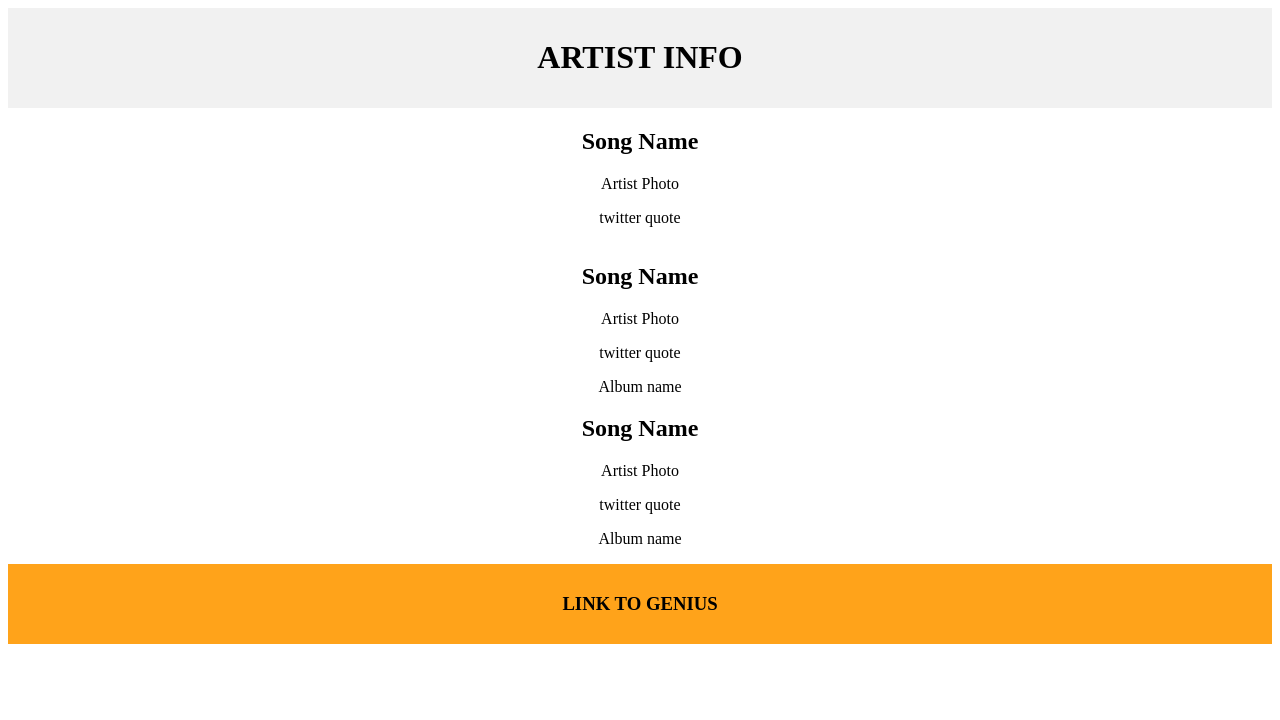
Repository: quinaroonie/project1-qukim1
Page: templates/index.html
The author's editor kept a record of every edit. The page is drawn from the files as they stood at one moment, then again after the next edit.
The browser window is 1280 px wide. The pictures show the whole page.
The template is drawn by Flask 3. The application's start-up code is not run. Other server files are loaded and not shown. The template is opened directly, without the code that normally fills it, so the values that code supplies are empty.

Above is the page before.

### templates/index.html
<!DOCTYPE html>
<html>
<head>
  <link rel="stylesheet" type="text/css" href="../static/style.css">
<style>

</style>
</head>
<body>

<div class="header">
  <h1>ARTIST INFO</h1>
</div>

<div class="row">
  <div class="column">
    <h2>Song Name</h2>
    <p>Artist Photo</p>
    <p>twitter quote</p>
    <p> <img src = "{{album_src}}"> </p>
  </div>


<div class="column">
    <h2>Song Name</h2>
    <p>Artist Photo</p>
    <p>twitter quote</p>
    <p>Album name</p>
   </div>

<div class="column">
    <h2>Song Name</h2>
    <p>Artist Photo</p>
    <p>twitter quote</p>
    <p>Album name</p>
   </div>

<div class="footer">
  <h3>LINK TO GENIUS</h3>
</div>

</body>
</html>

### static/style.css
.header {
  background-color: #f1f1f1;
  padding: 10px;
  text-align: center;
}


body {
  background-color: white;
  text-align: center
}

div {
   text-align: center;
}

h2 {
    text-align: center;
}

p {
  text-align: center;
}

img {
  border-radius: 8px;
  display: block;
  margin-left: auto;
  margin-right: auto }



@media screen and (max-width: 600px) {
  .column {
    width: 100%;
  }
}


.footer {
  padding: 10px;
  text-align: center;
  background: #ffa31a;
  margin-top: 10px;
}

After the next edit:
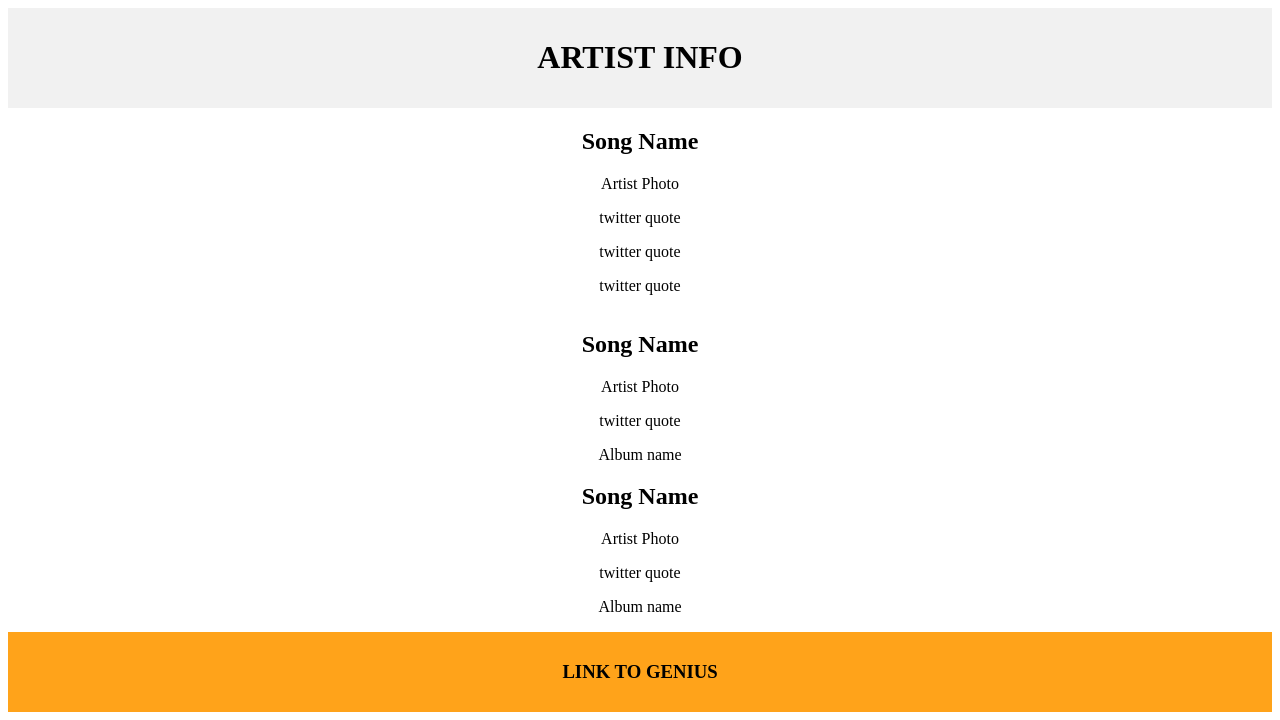
The edit:
--- a/templates/index.html
+++ b/templates/index.html
@@ -16,6 +16,8 @@
   <div class="column">
     <h2>Song Name</h2>
     <p>Artist Photo</p>
+    <p>twitter quote</p>
+    <p>twitter quote</p>
     <p>twitter quote</p>
     <p> <img src = "{{album_src}}"> </p>
   </div>
